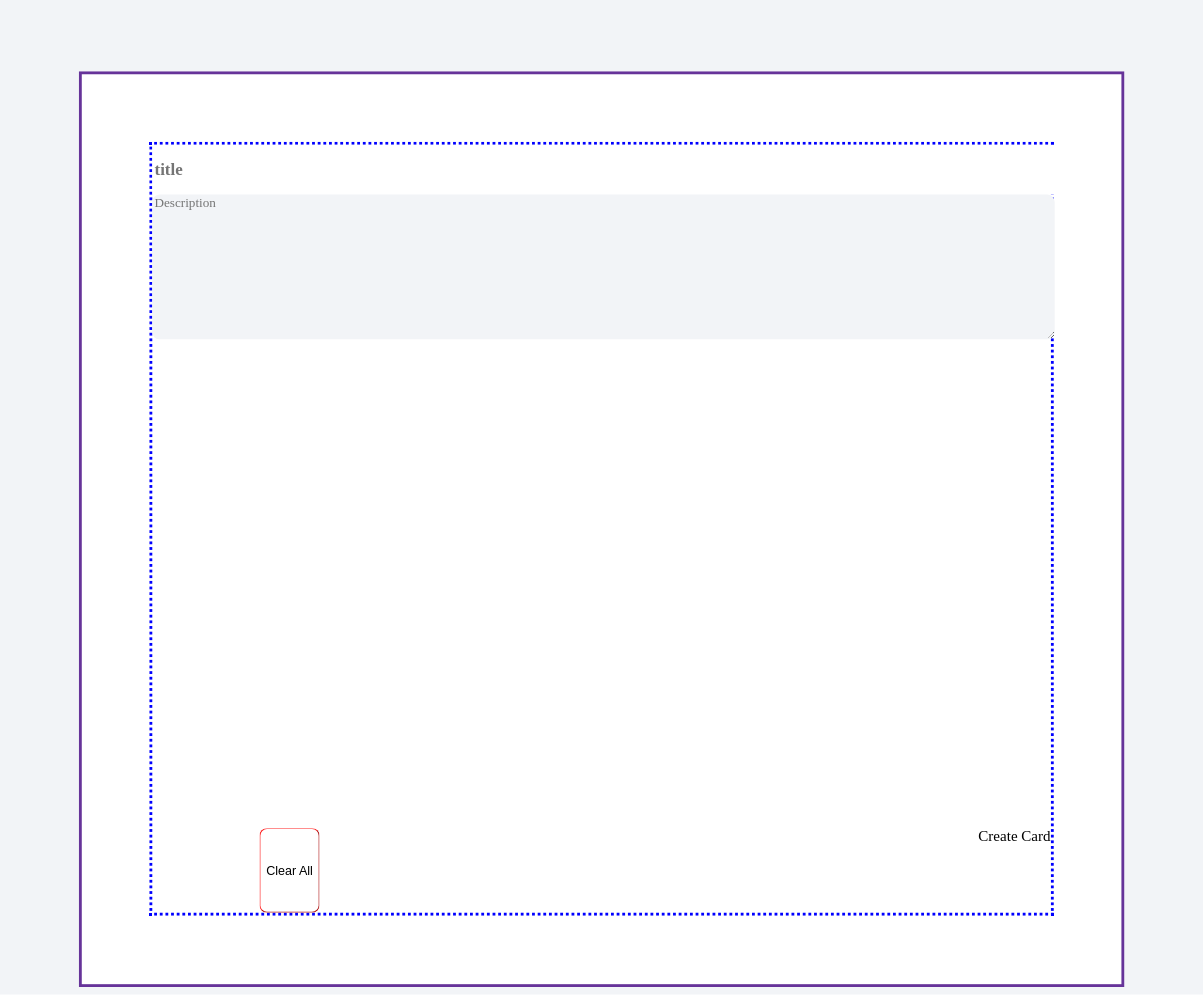
Repository: ReyhanehRahmani/TO-DO
Page: index.html
The author's editor kept a copy of each file at every save. The page is drawn from the files as they stood at one save, then again after the next save.
The browser window is 1280 px wide. The pictures show the whole page, at 94% of full size.

Above is the page before, as saved 2025-06-07 22:37:36.

### index.html
<!DOCTYPE html>

<html lang="en">

    <head>

        <meta name="viewport" content="width=device-width, initial-scale=1.0" />

        <title>TO-DO</title>

        <link rel="icon" type="image/jpg" href="favicon.png">

        <link rel="stylesheet" href="style.css">

    </head>
    <body>
        <div id="main-card">
            <div id="content">
                <div >
                <div id="title">
                    <input type="text" id="titlebox" minlength="3" maxlength="30" placeholder="title">
                </div>
                <div id="description">
                    <textarea type="text" id="descriptionbox" maxlength="200" placeholder="Description"></textarea>
                </div>
                </div>

                <div id="buttons">
                    <div id="clear"><button id="clearbut">Clear All</button></div>
                    <div id="creat">Create Card</div>
                </div>
            </div>
        </div>
    </body>

### style.css
body{
    background-color: #F2F4F7;
}



#main-card{
    margin-left: 6%;
    margin-right: 6%;
    margin-top: 6%;
    background-color: #FFFFFF;
    border: solid rebeccapurple;
}

#content{
    margin-right: 6.557377049%;
    margin-left: 6.557377049%;
    margin-top: 6.557377049%;
    margin-bottom: 6.557377049%;
    border: dotted blue;
}

#titlebox{
    font-family: Poppins;
    font-weight: 700;
    font-size: 18px;
    line-height: 150%;
    letter-spacing: -2%;
    border: none;
    width: 100%;
    height: 51px;
}

#descriptionbox{
    border: none;
    width: 100%;
    font-family: 'Poppins';
    font-weight: 500;
    font-size: 14px;
    line-height: 100%;
    letter-spacing: -3%;
    height: 150px;
    border-radius: 8px;
    background: #F2F4F7;

}

#content{
    display: flex;
    flex-direction: column;
    justify-content: space-between;
    gap: 516px;
}

#buttons{
    display: flex;
    justify-content: space-between;
    gap: 100px;


}

#clear{
    width: 30.503144654%;
    height: 90%;
    text-align: center;
    justify-content: center;
}

#clearbut{
        height: 90px;

    border-radius: 8px;
    border-width: 1.4px;
    border-color: #FF1616;
    background-color: #FFFFFF;

}

After the next save:
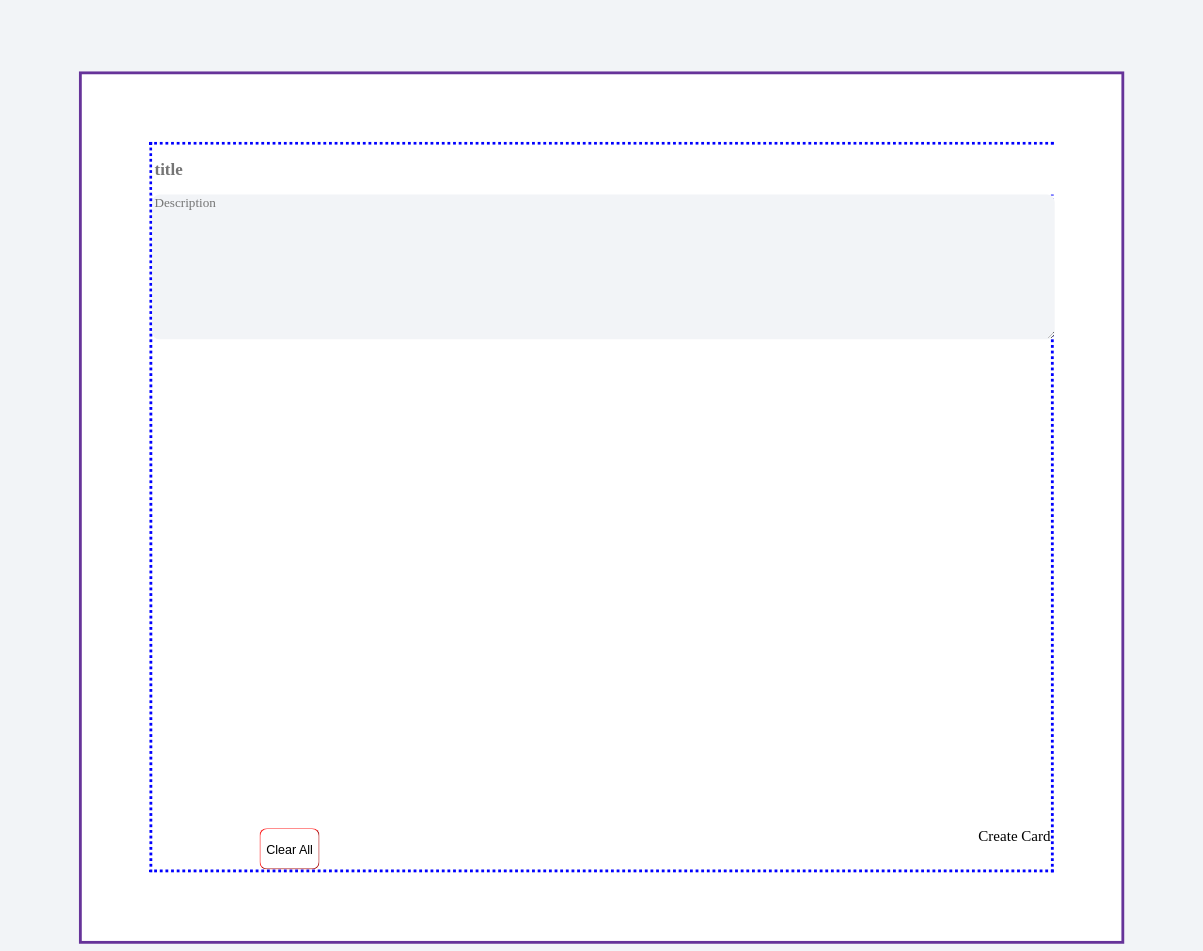
Saved 13 s later.
--- a/style.css
+++ b/style.css
@@ -68,8 +68,7 @@ body{
 }
 
 #clearbut{
-        height: 90px;
-
+    height: 44px;
     border-radius: 8px;
     border-width: 1.4px;
     border-color: #FF1616;
